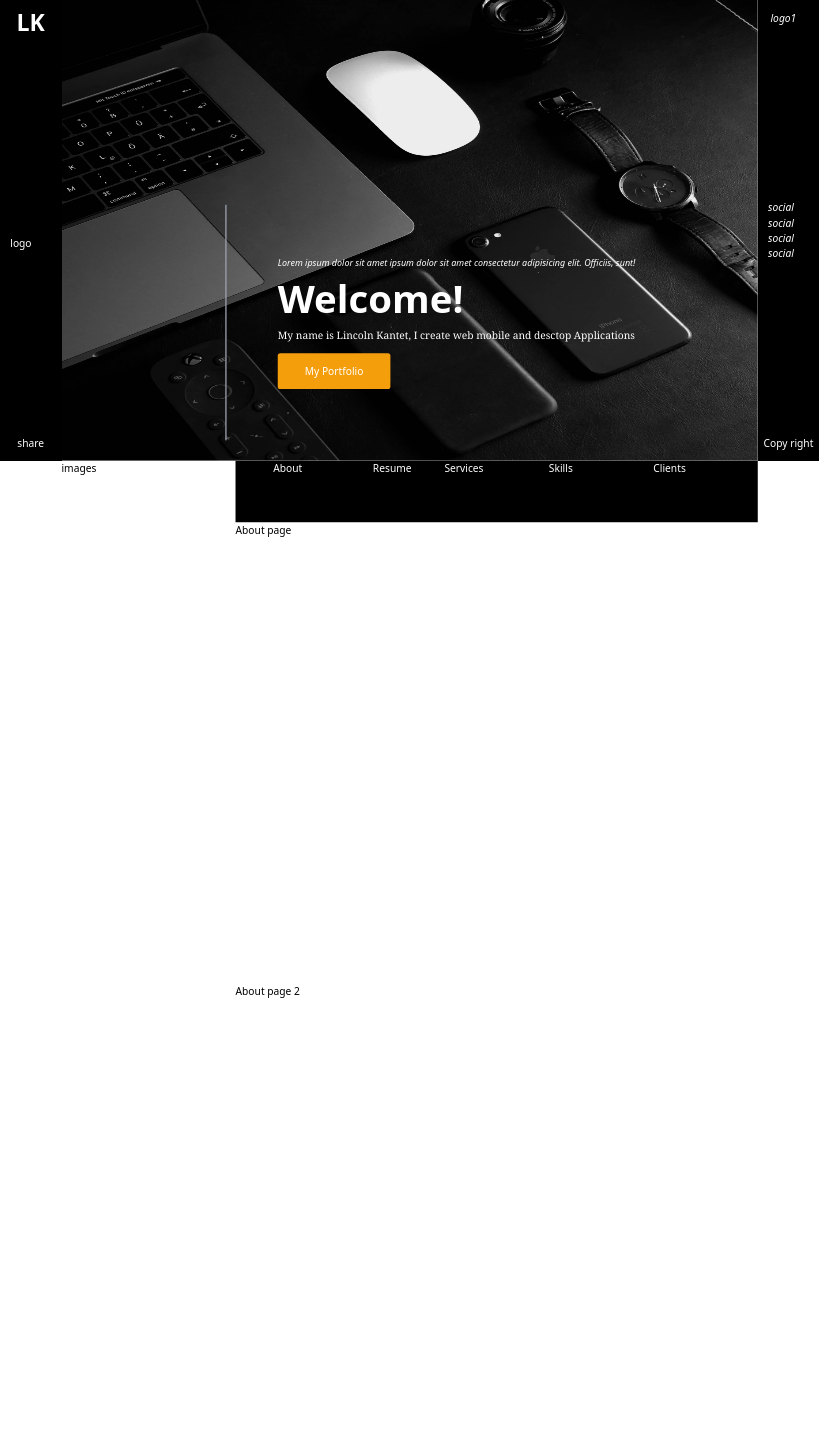
Repository: linco6054/template-tailwindcss
Page: index.html
The author's editor kept a copy of each file at every save. The page is drawn from the files as they stood at one save, then again after a run of saves.
The browser window is 1280 px wide. The pictures show the whole page, at 64% of full size.

Above is the page before, as saved 2021-08-17 17:50:37.

### index.html
<!DOCTYPE html>
<html lang="en">

  <head>
    <meta charset="UTF-8" />
    <meta http-equiv="X-UA-Compatible" content="IE=edge" />
    <meta name="viewport" content="width=device-width, initial-scale=1.0" />
    <link href="https://unpkg.com/tailwindcss@^2/dist/tailwind.min.css" rel="stylesheet" />
    <link rel="stylesheet" href="style.css">
    <title>Lincoln Kantet</title>
  </head>

  <body class="font-sans text-white  max-w-full h-auto flex flex-col lg:flex-row">
    <!-- nav -->
    <nav class="
        fixed
        top-0
        lg:left-0
        overflow-hidden
        bg-black
        h-20
        flex
        justify-between
        lg:flex-col
        items-center
        w-full
        lg:w-24 lg:h-screen
        z-50
      ">
      <span>
        <h1 class="mx-4 lg:mt-4 text-4xl font-bold">LK</h1>
      </span>
      <div class="mx-4 cursor-pointer">
        <i class="opacity-0 hover:opacity-100">menu</i>
        <span>logo</span>
      </div>

      <span class="mx-4 lg:mb-4">share</span>
    </nav>
    <!-- pages -->
    <section class="
        px-0
        lg:px-24
        overflow-hidden
        flex-col
        md:w-full
        lg:w-full
        h-auto
        text-black
        pt-20
        md:pt-0

      ">
      <div class="h-screen w-full relative overflow-hidden">
        <img class="absolute  z-0 h-full w-full" src="/images/bg.jpg" alt="">

        <div
          class="md:border-l-2 md:pl-20 md:py-20 md:border-gray-400 px-10 lg:ml-64 absolute text-white top-64 md:top-80 w-full z-20 flex flex-col  items-left  ">
          <i class="w-full text-sm mb-4 ">Lorem ipsum dolor sit amet ipsum dolor sit amet consectetur adipisicing elit.
            Officiis, sunt!</i>
          <h1 class="font-extrabold text-6xl mb-4">Welcome!</h1>
          <p class="font-serif mb-4">My name is Lincoln Kantet, I create web mobile and desctop Applications</p>
          <button class="bg-yellow-500 px-4 py-2 md:px-10 md:py-4 rounded w-44 hover:bg-yellow-700 ">My
            Portfolio</button>
        </div>
      </div>
      </div>
      <!-- other screen mother container -->
      <div class="h-auto relative flex ">
        <div class="w-1/3 hidden md:block">images</div>
        <div class="w-full">
          <nav class="text-white sticky top-24 h-24 bg-black w-full flex">
              <a class="flex-1 h-24 text-center b" href="about">About</a>
              <a class="flex-1 h-24 text-center" href="about">Resume</a>
              <a class="flex-1" href="about">Services</a>
              <a class="flex-1" href="about">Skills</a>
              <a class="flex-1" href="about">Clients</a>
          </nav>
          <main>
            <div class="h-screen">About page</div>
            <div class="h-screen">About page 2</div>
          </main>
        </div>

      </div>
      <!-- end of other screen mother container -->
    </section>
    <!-- footer -->
    <footer class="
        lg:fixed lg:right-0
        overflow-hidden
        w-full
        lg:w-24
        bg-black
        h-20
        flex
        lg:h-screen
        flex-row-reverse
        justify-between
        items-center
        lg:flex-col
      ">
      <span class="mr-4 lg:mt-4">
        <i>logo1</i>
      </span>
      <span class="ml-4">
        <i>social</i>
        <i>social</i>
        <i>social</i>
        <i>social</i>
      </span>
      <span class="hidden lg:block lg:mb-4 ">
        <p class="md:rotate-90">Copy right</p>
      </span>
    </footer>
  </body>

</html>

Loaded but not shown: style.css (no stored copy; drawn as an empty file)

After the next 2 saves:
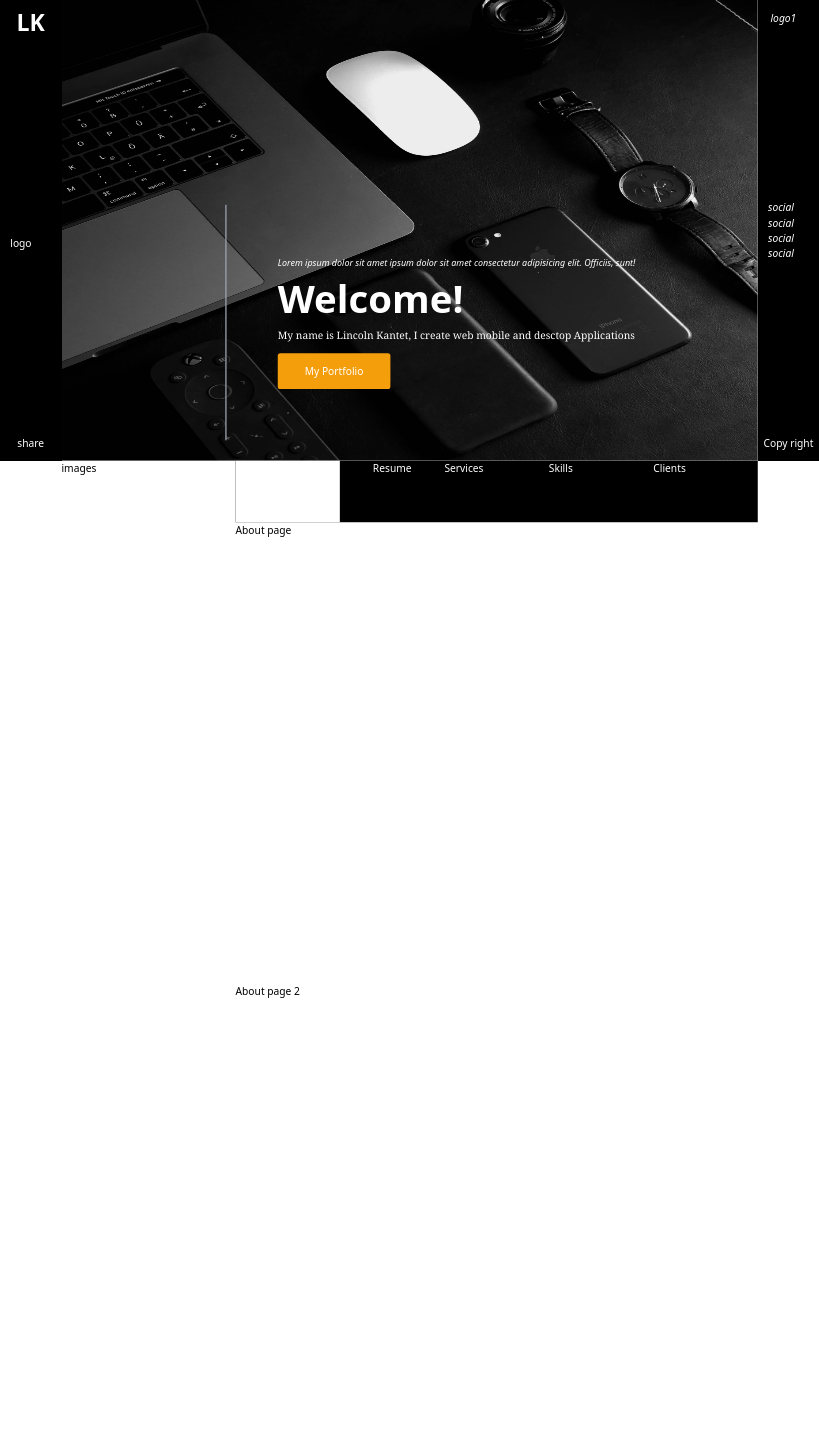
The 2 saves are shown as one change because they came seconds apart.
The last was saved 7 s later.
--- a/index.html
+++ b/index.html
@@ -70,7 +70,7 @@
         <div class="w-1/3 hidden md:block">images</div>
         <div class="w-full">
           <nav class="text-white sticky top-24 h-24 bg-black w-full flex">
-              <a class="flex-1 h-24 text-center b" href="about">About</a>
+              <a class="flex-1 h-24 text-center bg-white" href="about">About</a>
               <a class="flex-1 h-24 text-center" href="about">Resume</a>
               <a class="flex-1" href="about">Services</a>
               <a class="flex-1" href="about">Skills</a>

After the save that followed:
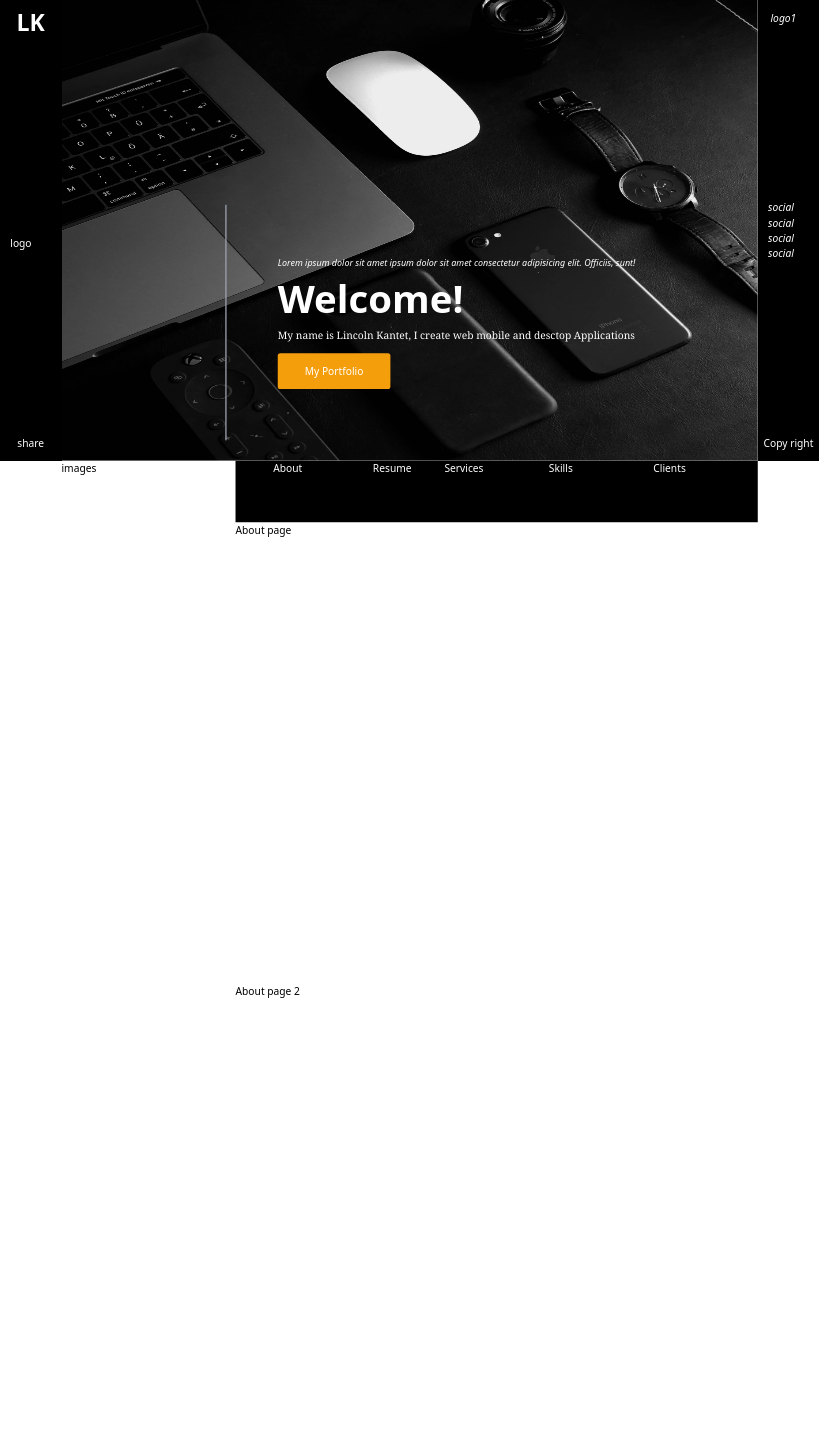
Saved 13 s later.
--- a/index.html
+++ b/index.html
@@ -70,7 +70,7 @@
         <div class="w-1/3 hidden md:block">images</div>
         <div class="w-full">
           <nav class="text-white sticky top-24 h-24 bg-black w-full flex">
-              <a class="flex-1 h-24 text-center bg-white" href="about">About</a>
+              <a class="flex-1 h-24 text-center " href="about">About</a>
               <a class="flex-1 h-24 text-center" href="about">Resume</a>
               <a class="flex-1" href="about">Services</a>
               <a class="flex-1" href="about">Skills</a>
